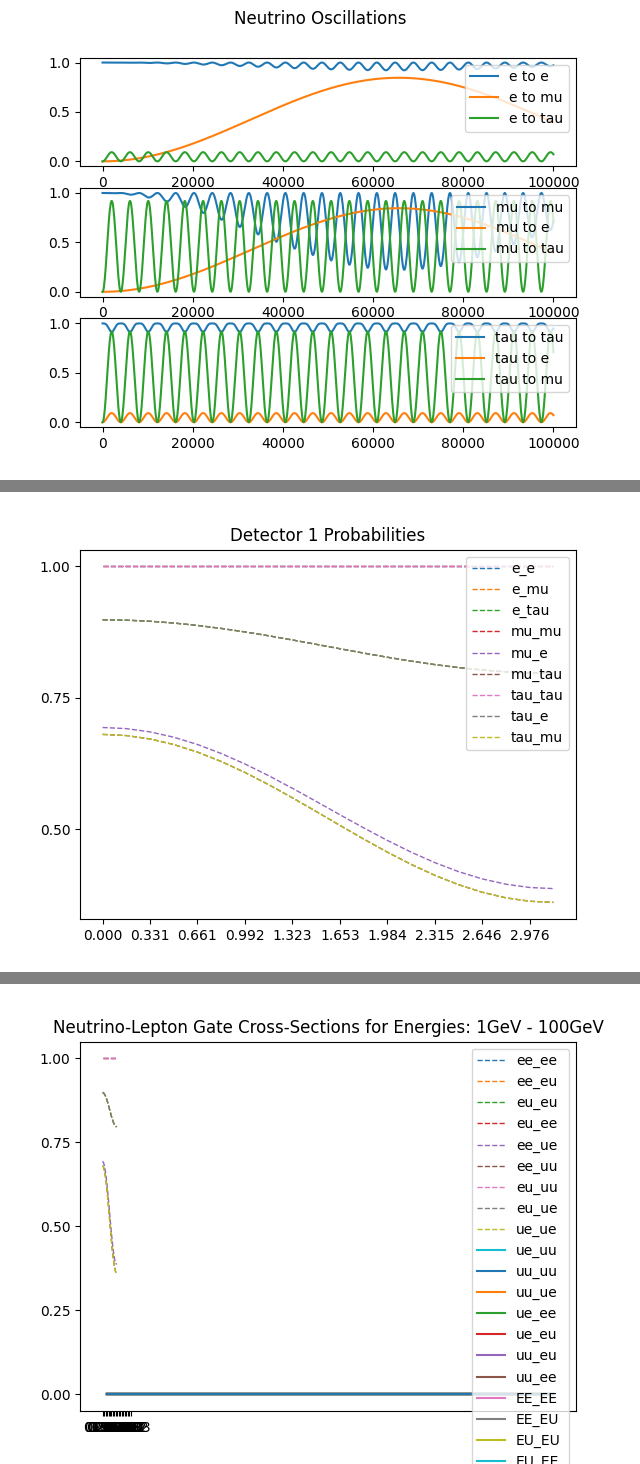
Repository: MichaelCullen2011/QuantumAndNeutrinos
Script's output: python neutrinos.py
These files come from the project's save history. The script's output is drawn as it stood at one moment and after the next save; the edit follows.
Each picture stacks the figures in order, with grey between them; figures that are only written to a file come last. Random numbers start from a fixed seed.

Above is the script's output before, as saved 2021-06-02 16:43:53.

### neutrinos.py
import numpy as np
import matplotlib.pyplot as plt


'''
To Do           - tau interactions
                - clean up constant variables into dicts or lists
'''


'''
Variables and Constants
'''
# # Constants
# Mass difference squared between two flavour states
delta_m_sq = {'eu': 7.53e-5, 'tu': 2.44e-3, 'te': 2.44e-3, 'ue': 7.53e-5, 'ut': 2.44e-3, 'et': 2.44e-3}     # eV**2
delta_m_e_mu_sq = 7.53e-5      # eV**2
delta_m_tau_mu_sq = 2.44e-3    # eV**2  # can be +ve or -ve
delta_m_tau_e_sq = 2.44e-3     # eV**2  # can be +ve or -ve
delta_m_mu_e_sq = delta_m_e_mu_sq      # eV**2
delta_m_mu_tau_sq = delta_m_tau_mu_sq    # can be +ve or -ve
delta_m_e_tau_sq = delta_m_tau_e_sq     # eV**2

# Angle between flavour states
sin_q_theta = {'eu': 0.846, 'tu': 0.92, 'te': 0.093, 'ue': 0.846, 'ut': 0.92, 'et': 0.093}
sin_sq_theta_e_tau = 0.093
sin_sq_theta_e_mu = 0.846
sin_sq_theta_mu_tau = 0.92      # actually > 0.92 but it varies on atmospheric values
sin_sq_theta_mu_e = sin_sq_theta_e_mu
sin_sq_theta_tau_e = sin_sq_theta_e_tau
sin_sq_theta_tau_mu = sin_sq_theta_mu_tau

G_f = 1.1663787e-5         # GeV-2
sin_sq_theta_w = 0.22290        # Weinberg angle
m_e = 0.511 * 1e-3     # GeV c-2
m_u = 105 * 1e-3       # GeV c-2
sigma_naught = 1.72e-45         # m**2 / GeV

# # Variables
# m_out = 10       # reactant mass out (electrons, muons etc)
# m_in = 1000        # reactant mass in (electrons, muons etc)
# E_v = 100     # Neutrino energy
# L = 10       # distance oscillating (for oscillation)
# E = E_v     # Neutrino beam energy
# d = 10       # distance travelled (for decoherence)



'''
Oscillation Probabilities   -   p_oscill = (np.sin(2 * theta))**2 * (np.sin((delta_m_sq * L) / (4 * E)))**2
'''
class Oscillations:
    def __init__(self, distance=1e6, energy=10):
        self.prob_list = {
            'eu': [], 'et': [],
            'ue': [], 'ut': [],
            'te': [], 'tu': [],
            'ee': [], 'uu': [],     # do these last as theyre calculated based on the previously calculated
            'tt': [],
        }

        self.prob_reduced = {
            'e': [],
            'u': [],
            't': []
        }

        self.prob_neut = []

        self.max_points = 1000      # Number of points
        self.E = energy
        self.L = distance    # Km
        self.x_range = np.linspace(0, self.L / self.E, self.max_points)
        theta_range = np.linspace(0, 2 * np.pi, self.max_points)


    def calculate(self):
        for x in self.x_range:
            # print(f"Calculated Probability of {self.max_points}")
            for change in self.prob_list.keys():
                if change not in ['ee', 'uu', 'tt']:
                    self.prob_list[change].append(Oscillations.prob(self, flavours=change, x=x))
            self.prob_list['ee'].append(1 - (self.prob_list['eu'][-1] * self.prob_list['et'][-1]))
            self.prob_list['uu'].append(1 - (self.prob_list['ue'][-1] * self.prob_list['ut'][-1]))
            self.prob_list['tt'].append(1 - (self.prob_list['te'][-1] * self.prob_list['tu'][-1]))

        self.prob_reduced['e'] = [self.prob_list['ee'], self.prob_list['eu'], self.prob_list['et']]
        self.prob_reduced['u'] = [self.prob_list['uu'], self.prob_list['ue'], self.prob_list['ut']]
        self.prob_reduced['t'] = [self.prob_list['tt'], self.prob_list['te'], self.prob_list['tu']]
        Oscillations.plot(self)


    def plot(self):
        fig, axs = plt.subplots(3)
        fig.suptitle('Neutrino Oscillations')
        n = 0
        for initial in self.prob_reduced.values():
            if n == 0:
                for p in initial:
                    axs[n].plot(self.x_range, p)
                    axs[n].legend(['e to e', 'e to mu', 'e to tau'], loc=1)
            if n == 1:
                for p in initial:
                    axs[n].plot(self.x_range, p)
                    axs[n].legend(['mu to mu', 'mu to e', 'mu to tau'], loc=1)
            if n == 2:
                for p in initial:
                    axs[n].plot(self.x_range, p)
                    axs[n].legend(['tau to tau', 'tau to e', 'tau to mu'], loc=1)
            n += 1
        plt.show()


    def prob(self, flavours, x):
        if flavours == 'eu':
            prob = sin_sq_theta_e_mu * np.square(np.sin(1.27 * delta_m_e_mu_sq * x / 4))
        elif flavours == 'et':
            prob = sin_sq_theta_e_tau * np.square(np.sin(1.27 * delta_m_e_tau_sq * x / 4))
        elif flavours == 'ue':
            prob = sin_sq_theta_e_mu * np.square(np.sin(1.27 * delta_m_mu_e_sq * x / 4))
        elif flavours == 'ut':
            prob = sin_sq_theta_mu_tau * np.square(np.sin(1.27 * delta_m_mu_tau_sq * x / 4))
        elif flavours == 'te':
            prob = sin_sq_theta_tau_e * np.square(np.sin(1.27 * delta_m_tau_e_sq * x / 4))
        elif flavours == 'tu':
            prob = sin_sq_theta_tau_mu * np.square(np.sin(1.27 * delta_m_tau_mu_sq * x / 4))
        return prob



'''
Cross Sections
'''
class CrossSections:
    def __init__(self, energy, lepton):
        E_v = energy
        sigma_naught = 1.72e-45

        s_e = sigma_naught * np.pi / G_f**2
        s_u = s_e * (m_u / m_e)

        sigma_naught_e = (2 * m_e * G_f**2 * E_v) / np.pi
        sigma_naught_u = (2 * m_u * G_f**2 * E_v) / np.pi

        if lepton == 'e':
            sigma_naught = sigma_naught_e
            self.cs_without_ms = {'e_e': [], 'E_E': [], 'E_U': [], 'u_e': [], 'u_u': [], 'U_U': []}
            self.cs_with_ms = {'e_e': [], 'E_E': [], 'E_U': [], 'u_e': [], 'u_u': [], 'U_U': []}

        elif lepton == 'u':
            sigma_naught = sigma_naught_u
            self.cs_without_ms = {'e_e': [], 'E_E': [], 'U_E': [], 'e_u': [], 'u_u': [], 'U_U': []}
            self.cs_with_ms = {'e_e': [], 'E_E': [], 'U_E': [], 'e_u': [], 'u_u': [], 'U_U': []}

        for flavour in self.cs_without_ms.keys():
            cs = CrossSections.neutrino_and_electron(self, flavour=flavour) * energy * sigma_naught
            self.cs_without_ms[flavour].append(cs)
            self.cs_with_ms[flavour].append(
                cs * energy * sigma_naught *
                CrossSections.mass_suppression(
                    self, flavour, energy=energy, reaction_lepton=lepton
                )
            )

    def neutrino_and_electron(self, flavour):
        if flavour == 'e_e':
            cs = 0.25 + sin_sq_theta_w + (4 / 3) * np.square(sin_sq_theta_w)
        elif flavour == 'E_E':
            cs = (1 / 12) + 1 / 3 * (sin_sq_theta_w + 4 / 3 * np.square(sin_sq_theta_w))
        elif flavour == 'E_U' or flavour == 'U_E':
            cs = 1 / 3
        elif flavour == 'u_e' or flavour == 'e_u':
            cs = 1
        elif flavour == 'u_u':
            cs = 1 / 4 - sin_sq_theta_w + 4 / 3 * np.square(sin_sq_theta_w)
        elif flavour == 'U_U':
            cs = 1 / 12 - 1 / 3 * sin_sq_theta_w + 4 / 3 * np.square(sin_sq_theta_w)
        return cs

    def mass_suppression(self, flavour, energy, reaction_lepton='e'):
        m_E = m_e
        m_U = m_u
        if reaction_lepton == 'e':
            m_in = m_e
        elif reaction_lepton == 'u':
            m_in = m_u

        if flavour == 'e_e':
            zeta = 1 - ((m_e ** 2) / (m_in ** 2 + 2 * m_in * energy))
        elif flavour == 'E_E':
            zeta = 1 - ((m_e ** 2) / (m_in ** 2 + 2 * m_in * energy))
        elif flavour == 'E_U':
            zeta = 1 - ((m_u ** 2) / (m_in ** 2 + 2 * m_in * energy))
        elif flavour == 'u_e':
            zeta = 1 - ((m_u ** 2) / (m_in ** 2 + 2 * m_in * energy))
        elif flavour == 'u_u':
            zeta = 1 - ((m_e ** 2) / (m_in ** 2 + 2 * m_in * energy))
        elif flavour == 'U_U':
            zeta = 1 - ((m_e ** 2) / (m_in ** 2 + 2 * m_in * energy))
        # neutrino-muon specific reactions
        elif flavour == 'U_E':
            zeta = 1 - ((m_e ** 2) / (m_in ** 2 + 2 * m_in * energy))
        elif flavour == 'e_u':
            zeta = 1 - ((m_e ** 2) / (m_in ** 2 + 2 * m_in * energy))
        return zeta



'''
Wave Functions (for plotting)
'''
class WaveFunctions:
    def __init__(self, accuracy):
        phi = np.linspace(0, np.pi, accuracy)
        theta = np.linspace(0, 2 * np.pi, 20)
        prob_at_detector = {'e_e': [], 'e_mu': [], 'e_tau': [],
                            'mu_mu': [], 'mu_e': [], 'mu_tau': [],
                            'tau_tau': [], 'tau_e': [], 'tau_mu': []}
        flavour_list = ['e_e', 'e_mu', 'e_tau', 'mu_mu', 'mu_e', 'mu_tau', 'tau_tau', 'tau_e', 'tau_mu']
        detector_1 = {'e_e': [], 'e_mu': [], 'e_tau': [],
                      'mu_mu': [], 'mu_e': [], 'mu_tau': [],
                      'tau_tau': [], 'tau_e': [], 'tau_mu': []}
        detector_2 = {'e_e': [], 'e_mu': [], 'e_tau': [],
                      'mu_mu': [], 'mu_e': [], 'mu_tau': [],
                      'tau_tau': [], 'tau_e': [], 'tau_mu': []}

        for flavour_change in flavour_list:
            for phi_value in phi:
                prob_at_detector[flavour_change].append(WaveFunctions.prob(self, flavour=flavour_change, phi=phi_value))

            for tuple in prob_at_detector[flavour_change]:
                detector_1[flavour_change].append(tuple[0])
                detector_2[flavour_change].append(tuple[0])

        fig1 = plt.figure()
        fig2 = plt.figure()
        ax1 = fig1.add_subplot(111)
        ax2 = fig2.add_subplot(111)
        ax1.title.set_text('Detector 1 Probabilities')
        ax2.title.set_text('Detector 2 Probabilities')

        ax1.set_xticks(ticks=np.linspace(start=0, stop=2 * np.pi, num=int(accuracy)))
        ax1.set_yticks(ticks=np.linspace(0, 1, num=5))
        ax2.set_xticks(ticks=np.linspace(start=0, stop=2 * np.pi, num=int(accuracy)))
        ax2.set_yticks(ticks=np.linspace(0, 1, num=5))


        for prob_list in detector_1.values():
            #print(prob_list)
            ax1.plot(phi, prob_list, '--', linewidth=1)

        for prob_list in detector_2.values():
            #print(prob_list)
            ax2.plot(phi, prob_list, '--', linewidth=1)

        ax1.legend(flavour_list, loc=1)
        ax2.legend(flavour_list, loc=1)

    def prob(self, flavour, phi):
        order_tau_d_same = 1
        order_tau_d_change = 1 / 3
        if flavour == 'e_e':
            prob_f1 = 1
            prob_f2 = 0
        elif flavour == 'e_mu':
            prob_f1 = 1 - (np.sqrt(sin_sq_theta_e_tau) / 2) * (1 - order_tau_d_change * np.cos(phi))
            prob_f2 = (np.sqrt(sin_sq_theta_e_tau) / 2) * (1 - order_tau_d_change * np.cos(phi))
        elif flavour == 'e_tau':
            prob_f1 = 1 - (np.sqrt(sin_sq_theta_e_tau) / 2) * (1 - order_tau_d_change * np.cos(phi))
            prob_f2 = (np.sqrt(sin_sq_theta_e_tau) / 2) * (1 - order_tau_d_change * np.cos(phi))
        if flavour == 'mu_mu':
            prob_f1 = 1
            prob_f2 = 0
        elif flavour == 'mu_e':
            prob_f1 = 1 - (np.sqrt(sin_sq_theta_e_mu) / 2) * (1 - order_tau_d_change * np.cos(phi))
            prob_f2 = (np.sqrt(sin_sq_theta_e_mu) / 2) * (1 - order_tau_d_change * np.cos(phi))
        elif flavour == 'mu_tau':
            prob_f1 = 1 - (np.sqrt(sin_sq_theta_mu_tau) / 2) * (1 - order_tau_d_change * np.cos(phi))
            prob_f2 = (np.sqrt(sin_sq_theta_mu_tau) / 2) * (1 - order_tau_d_change * np.cos(phi))
        if flavour == 'tau_tau':
            prob_f1 = 1
            prob_f2 = 0
        elif flavour == 'tau_e':
            prob_f1 = 1 - (np.sqrt(sin_sq_theta_tau_e) / 2) * (1 - order_tau_d_change * np.cos(phi))
            prob_f2 = (np.sqrt(sin_sq_theta_tau_e) / 2) * (1 - order_tau_d_change * np.cos(phi))
        elif flavour == 'tau_mu':
            prob_f1 = 1 - (np.sqrt(sin_sq_theta_tau_mu) / 2) * (1 - order_tau_d_change * np.cos(phi))
            prob_f2 = (np.sqrt(sin_sq_theta_tau_mu) / 2) * (1 - order_tau_d_change * np.cos(phi))
        return prob_f1, prob_f2



'''
Gates
'''
class Gates:
    def __init__(self, energy_list):
        self.energy_list = energy_list
        self.gate_energy_reactions = None
        self.leptons = {'e': [], 'u': []}       # currently only considering e and mu (no tau)
        self.all_values = {}

    def calculate(self):
        for energy in self.energy_list:
            for lepton in self.leptons.keys():
                # print(f'\n Cross Sections for Reactions with {lepton} at {energy} GeV:')
                self.leptons[lepton] = CrossSections(energy=energy, lepton=lepton)    # Energy in GeV

            gate_reactions = Gates.gate_cs(Gates.combine_cs(self))
            if self.gate_energy_reactions is None:      # checking if first time running this script
                self.gate_energy_reactions = gate_reactions
            else:
                for flavour, value in gate_reactions.items():
                    self.gate_energy_reactions[flavour].append(value[0])
            self.all_values[energy] = [values for values in gate_reactions.values()]
            print(f"Average Prob for {energy} GeV: ", np.average(self.all_values[energy]))
            if energy == self.energy_list[-1]:
                print(f"Neutrino-Lepton Gate Probabilities for {energy}GeV: \n {gate_reactions}")

        # plot
        Gates.plot_energies(self)
        plt.show()


    def combine_cs(self):
        all_cs = {'e_e': [], 'e_u': [], 'u_u': [], 'u_e': [], 'E_E': [], 'E_U': [], 'U_U': [], 'U_E': []}
        e_class = self.leptons['e']
        u_class = self.leptons['u']
        for all_reaction in all_cs.keys():
            for e_reaction, e_value in e_class.cs_without_ms.items():
                if e_reaction == all_reaction:
                    all_cs[all_reaction].append(e_value[0])
            for u_reaction, u_value in u_class.cs_without_ms.items():
                if u_reaction == all_reaction:
                    all_cs[all_reaction].append(u_value[0])

        for all_reaction, all_values in all_cs.items():
            if len(all_values) > 1:
                all_cs[all_reaction] = [(all_values[0] + all_values[1]) / 2]
        return all_cs


    @staticmethod
    def gate_cs(all_cs):
        # creates our final dict with the probabilities for all gate interactions
        single_reactions = ['e_e', 'e_u', 'u_u', 'u_e']
        single_reactions_anti = ['E_E', 'E_U', 'U_U', 'U_E']
        whole_reaction = []
        for first_reaction in single_reactions:
            for second_reaction in single_reactions:
                whole_reaction.append(first_reaction[0] + second_reaction[0] + '_' + first_reaction[2] + second_reaction[2])
        for first_reaction in single_reactions_anti:
            for second_reaction in single_reactions_anti:
                whole_reaction.append(first_reaction[0] + second_reaction[0] + '_' + first_reaction[2] + second_reaction[2])
        gate_reactions = {whole_keys: [] for whole_keys in whole_reaction}


        # reaction 1 is reaction_combined[0] + '_' + reaction_combined[3]
        # reaction 2 in reaction_combined[1] + '_' + reaction_combined[4]
        for reaction_combined in gate_reactions.keys():
            first_reaction = reaction_combined[0] + '_' + reaction_combined[3]
            second_reaction = reaction_combined[1] + '_' + reaction_combined[4]
            gate_reactions[reaction_combined] = [all_cs[first_reaction][0] * all_cs[second_reaction][0]]

        # for key, value in gate_reactions.items():
        #     print(f"{key}: {value}")
        return gate_reactions


    def plot_energies(self):
        for flavour, values in self.gate_energy_reactions.items():
            self.gate_energy_reactions[flavour] = [values, list(self.energy_list)]

        for flavour, values in self.gate_energy_reactions.items():
            plt.plot(values[1], values[0], '-')
        plt.title(f"Neutrino-Lepton Gate Cross-Sections for Energies: {int(min(self.energy_list))}GeV - {int(max(self.energy_list))}GeV")
        plt.legend(self.gate_energy_reactions.keys())



'''
Running
'''
Oscillations(distance=1e6, energy=10).calculate()    # Prints oscillation probabilities for flavours given the distance it travels

WaveFunctions(accuracy=20)      # Currently Broken. Doesnt plot correctly # Accuracy is the number of points within the range

Gates(energy_list=np.linspace(1, 100, 10)).calculate()         # calculates and plots gate probabilities at various energies for different interactions

plt.show()

After the next save:
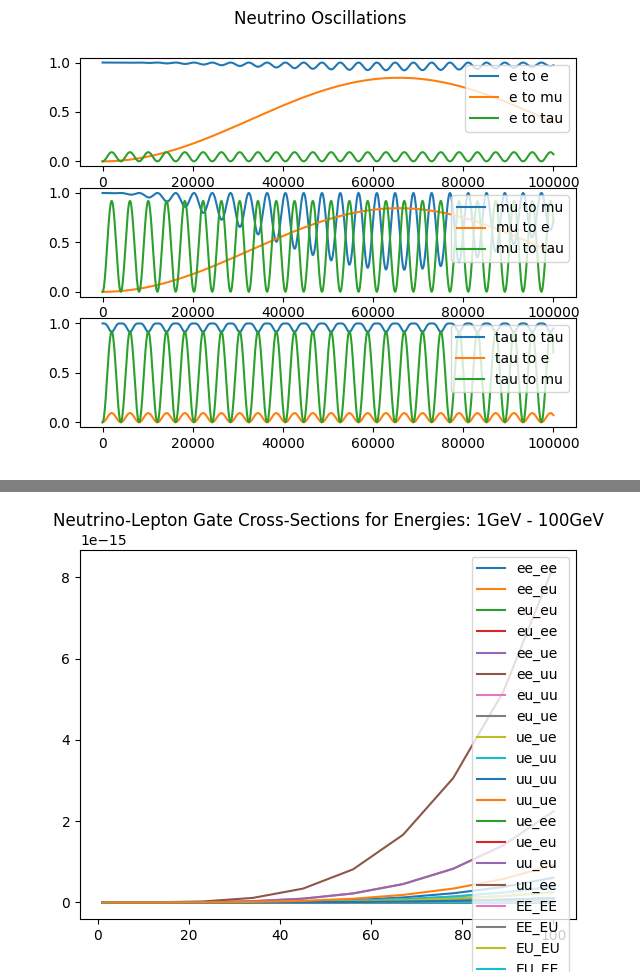
Saved 10 s later.
--- a/neutrinos.py
+++ b/neutrinos.py
@@ -383,7 +383,7 @@ Running
 '''
 Oscillations(distance=1e6, energy=10).calculate()    # Prints oscillation probabilities for flavours given the distance it travels
 
-WaveFunctions(accuracy=20)      # Currently Broken. Doesnt plot correctly # Accuracy is the number of points within the range
+# WaveFunctions(accuracy=20)      # Currently Broken. Doesnt plot correctly # Accuracy is the number of points within the range
 
 Gates(energy_list=np.linspace(1, 100, 10)).calculate()         # calculates and plots gate probabilities at various energies for different interactions
 
